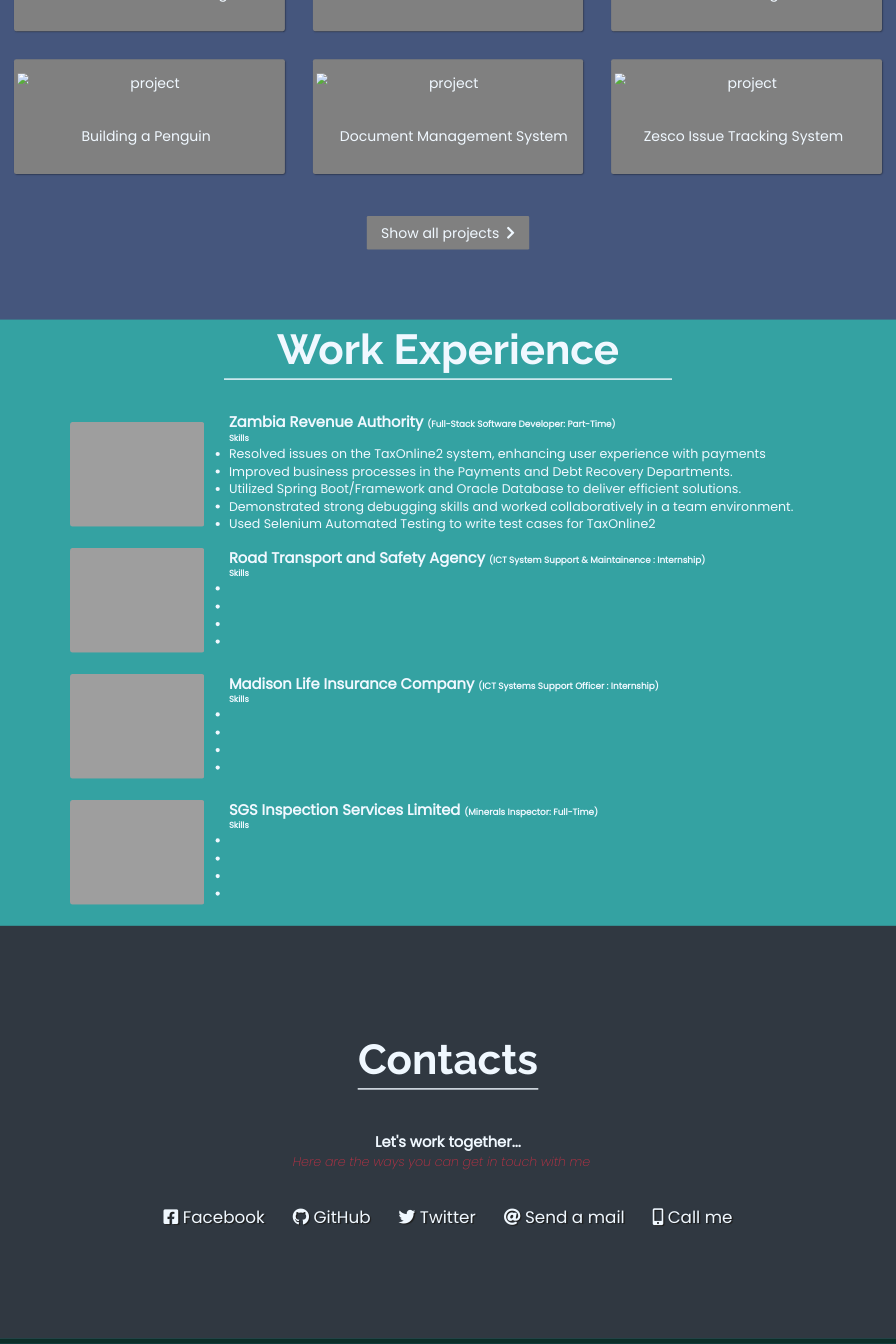
Repository: Lungdjos/personal_portifolio
Page: html/index.html
These files come from the project's save history. The page is drawn as it stood at one moment and after a run of saves; the edit follows.
The browser window is 1280 px wide. The pictures show the part of the page from y = 1141 to 3061 px (the page is 3144 px tall), at 70% of full size.
Pictures or frames that could not be fetched are drawn as grey boxes. Some web libraries are served in a nearby version.

Above is the page before, as saved 2024-02-04 02:24:42.

### html/index.html
<!DOCTYPE html>
<html lang="en">

<head>
    <meta charset="UTF-8">
    <meta name="viewport" content="width=device-width, initial-scale=1.0">
    <title>Personal Portifolio</title>
    <link rel="stylesheet" href="/css/styles.css">
    <link rel="stylesheet" href="https://use.fontawesome.com/releases/v5.8.2/css/all.css" integrity="sha384-oS3vJWv+0UjzBfQzYUhtDYW+Pj2yciDJxpsK1OYPAYjqT085Qq/1cq5FLXAZQ7Ay" crossorigin="anonymous">
    <link href="https://fonts.googleapis.com/css?family=Poppins:200i,300,400&amp;display=swap" rel="stylesheet">
    <link href="https://fonts.googleapis.com/css?family=Raleway:700&amp;display=swap" rel="stylesheet">
    <script src="edge-extension://ajdpfmkffanmkhejnopjppegokpogffp/assets/prompt.js"></script>
</head>

<body>
    <header class="header">
        <nav id="navbar">
            <ul class="nav-list">
                <li><a href="#welcome-section" class="nav-link"><i class=""></i>Home</a></li>
                <li>
                    <a href="#project-section" class="nav-link"> <i class=""></i>Projects</a>
                </li>
                <li>
                    <a href="#work-experience-section" class="nav-link"> <i class=""></i>Experience</a>
                </li>
                <li><a href="#contact-section" class="nav-link"><i class=""></i>Contacts</a></li>
            </ul>
        </nav>
    </header>
    <main class="m-3">
        <div id="spacer"></div>
        <section class="home" id="welcome-section">
            <div id="welcome-section">
                <h1 id="title">Hi there, I am Lungu</h1>
                <p id="sub-title"><span>a</span> <span>full-stack</span> <span>software</span> <span>developer</span></p>
            </div>
        </section>

        <div id="spacer"></div>
        <section class="project-section" id="project-section">
            <h1 id="project-heading" class="heading">Here are some Projects I have done</h1>

            <div class="project-grid">
                <a href="#" target="_blank" class="project project-title">
                    <img class="project-image" src="" alt="project">
                    <p class="project-title">
                        <span class="code">&lt;</span>Technical Document Page
                        <span class="code">/&gt;</span>
                    </p>
                </a>

                <a href="#" target="_blank" class="project project-title">
                    <img class="project-image" src="" alt="project">
                    <p class="project-title">
                        <span class="code">&lt;</span> Piano
                        <span class="code">/&gt;</span>
                    </p>
                </a>

                <a href="#" target="_blank" class="project project-title">
                    <img class="project-image" src="" alt="project">
                    <p class="project-title">
                        <span class="code">&lt;</span> Tribute Page
                        <span class="code">/&gt;</span>
                    </p>
                </a>

                <a href="#" target="_blank" class="project project-title">
                    <img class="project-image" src="" alt="project">
                    <p class="project-title">
                        <span class="code">&lt;</span> Building a Penguin
                        <span class="code">/&gt;</span>
                    </p>
                </a>

                <a href="#" target="_blank" class="project project-title">
                    <img class="project-image" src="" alt="project">
                    <p class="project-title">
                        <span class="code">&lt;</span> Document Management System
                        <span class="code">/&gt;</span>
                    </p>
                </a>

                <a href="#" target="_blank" class="project project-title">
                    <img class="project-image" src="" alt="project">
                    <p class="project-title">
                        <span class="code">&lt;</span> Zesco Issue Tracking System
                        <span class="code">/&gt;</span>
                    </p>
                </a>
            </div>

            <a href="#" class="btn btn-show-all" target="_blank">Show all projects<i class="fas fa-chevron-right"></i></a>
        </section>
        <div id="spacer"></div>
        <section class="work-exp-section" id="work-experience-section">
            <h1 class="heading work-exp-heading">Work Experience</h1>
            <div id="grid">
                <div id="icon"><img src="https://th.bing.com/th?id=OIP.rCZtK_dDgujHTn0u4EiHUwHaEX&w=325&h=191&c=8&rs=1&qlt=90&o=6&pid=3.1&rm=2" alt="icon"></div>
                <div class="experience">
                    <h3>Zambia Revenue Authority <small>(Full-Stack Software Developer: Part-Time)</small></h3>
                    <h6 class="skills">Skills</h6>
                    <p>
                        <ul>
                            <li>Resolved issues on the TaxOnline2 system, enhancing user experience with payments</li>
                            <li>Improved business processes in the Payments and Debt Recovery Departments.</li>
                            <li>Utilized Spring Boot/Framework and Oracle Database to deliver efficient solutions.</li>
                            <li>Demonstrated strong debugging skills and worked collaboratively in a team environment.</li>
                            <li>Used Selenium Automated Testing to write test cases for TaxOnline2</li>
                        </ul>
                    </p>
                </div>
            </div>

            <div id="grid">
                <div id="icon"><img src="https://th.bing.com/th?id=OIP.iDj6ErR_9QzKQiRz5T8xHQAAAA&w=158&h=159&c=8&rs=1&qlt=90&o=6&pid=3.1&rm=2" alt="icon"></div>
                <div class="experience">
                    <h3>Road Transport and Safety Agency <small>(ICT System Support & Maintainence : Internship)</small></h3>
                    <h6 class="skills">Skills</h6>
                    <p>
                        <ul>
                            <li></li>
                            <li></li>
                            <li></li>
                            <li></li>
                        </ul>
                    </p>
                </div>
            </div>

            <div id="grid">
                <div id="icon"><img src="https://th.bing.com/th?id=OIP.sgcljO8ZBHyturyXo14g8wAAAA&w=216&h=103&c=8&rs=1&qlt=90&o=6&pid=3.1&rm=2" alt="icon"></div>
                <div class="experience">
                    <h3>Madison Life Insurance Company <small>(ICT Systems Support Officer : Internship)</small></h3>
                    <h6 class="skills">Skills</h6>
                    <p>
                        <ul>
                            <li></li>
                            <li></li>
                            <li></li>
                            <li></li>
                        </ul>
                    </p>
                </div>
            </div>

            <div id="grid">
                <div id="icon"><img src="https://th.bing.com/th?id=OIP.TdyvCMy5NlyppvpqZwovrAHaE8&w=306&h=204&c=8&rs=1&qlt=90&o=6&pid=3.1&rm=2" alt="icon"></div>
                <div class="experience">
                    <h3>SGS Inspection Services Limited <small>(Minerals Inspector: Full-Time)</small></h3>
                    <h6 class="skills">Skills</h6>
                    <p>
                        <ul>
                            <li></li>
                            <li></li>
                            <li></li>
                            <li></li>
                        </ul>
                    </p>
                </div>
            </div>
        </section>
        <div id="spacer"></div>
        <section class="contact-section" id="contact-section">
            <h1 class="heading contacts-heading">Contacts</h1>
            <div class="contact-section-header">
                <h3>Let's work together...</h3>
                <p>Here are the ways you can get in touch with me <i class="fa-duotone fa-phone"></i></p>
            </div>
            <div id="contact-links">
                <a href="https://facebook.com/freecodecamp" target="_blank" class="btn contact-details"><i class="fab fa-facebook-square"></i> Facebook</a>
                <a id="profile-link" href="https://github.com/freecodecamp" target="_blank" class="btn contact-details"><i class="fab fa-github"></i> GitHub</a>
                <a href="https://twitter.com/freecodecamp" target="_blank" class="btn contact-details"><i class="fab fa-twitter"></i> Twitter</a>
                <a href="mailto:example@example.com" class="btn contact-details"><i class="fas fa-at"></i> Send a mail</a>
                <a href="tel:555-555-5555" class="btn contact-details"><i class="fas fa-mobile-alt"></i> Call me</a>
            </div>
        </section>
    </main>
    <footer>
        <ul>
            <li><a href="">Privacy</a></li>
            <li><a href="">Contacts</a></li>
            <li><a href="">About Us</a></li>
        </ul>
        <span>&REG;Radix Enterprise Ltd. &copy; 2024</span>
    </footer>
</body>

</html>

### css/styles.css
/** STYLING FOR THE PORTIFOLIO **/


/* the root selector */

:root {
    /* colors */
    --col-1: aliceblue;
    --col-2: grey;
    --col-3: orangered;
    --col-4: #be3144;
    --bc-1: #34a2a2;
    --bc-2: #0b2e28;
    --bc-3: #123b3b;
    --bc-4: #45567d;
    --bc-5: #303841;
    /* values */
}


/* general stylings */

html {
    font-size: 62.5%;
    box-sizing: border-box;
    scroll-behavior: smooth;
}

* {
    margin: 0;
    padding: 0;
}


/* box-sizing and font sizing */

*,
*::before,
*::after {
    box-sizing: inherit;
}


/* body styling */

body {
    font-family: 'Poppins', sans-serif;
    font-size: 1.8rem;
    font-weight: 400;
    line-height: 1.4;
    color: var(--col-1);
    background-color: var(--bc-1);
}


/* headings styling */

h1,
h2 {
    font-family: 'Raleway', sans-serif;
    font-weight: 600;
    text-align: center;
}

h1 {
    font-size: 6rem;
}

h2 {
    font-size: 4.2rem;
}


/* List and anchor styling */

ul {
    list-style: none;
}

a {
    color: var(--col-1);
    text-decoration: none;
}

img {
    display: block;
    width: 100%;
}


/** NAVIGATION BAR */


/* nav bar styling */

nav {
    font-weight: 600;
}

.header {
    display: flex;
    justify-content: flex-end;
    position: fixed;
    top: 0;
    left: 0;
    width: 100%;
    box-shadow: 0 2px 0 rgba(0, 0, 0, 0.4);
    z-index: 10;
    background-color: var(--bc-2);
}

nav>ul {
    display: flex;
    margin-right: 2rem;
    text-transform: uppercase;
}

.nav-list a {
    display: block;
    font-size: 2.2rem;
    padding: 2rem;
}

.nav-list a:hover {
    background: var(--bc-4);
}

.nav-list a:visited {
    border-bottom: .2rem solid #ff6347;
}


/* body styling */

#spacer {
    max-width: 1000px;
    width: 100%;
    margin: 0 auto;
}

main li {
    list-style-type: disc;
}


/** HOME PAGE */


/* Styling or the Home Page */

.home {
    width: 100%;
    height: 100vh;
    display: flex;
    flex-direction: column;
    justify-content: center;
    align-items: center;
    background: inherit;
    background-image: linear-gradient(62deg, #3a3d40 0%, #181719 100%);
}

#welcome-section>p {
    font-size: 3rem;
    font-weight: 200;
    font-style: italic;
    color: #d0a;
}

#title {
    transform-origin: center;
    animation: rotateAndChangeColor 14s infinite ease-in-out;
}

#sub-title {
    text-indent: 10px;
}

#sub-title span {
    display: inline-block;
    animation: fallAnimation 4s infinite ease-in-out forwards;
}


/** PROJECTS */


/* styling for projects */

.project-section {
    text-align: center;
    padding: 10rem 2rem;
    background: var(--bc-4);
}

.heading {
    max-width: 640px;
    margin: 0 auto 6rem auto;
    border-bottom: .2rem solid var(--col-1);
}


/* grids */

.project-grid {
    display: grid;
    grid-template-columns: repeat(auto-fit, minmax(360px, 1fr));
    grid-gap: 4rem;
    width: 100%;
    max-width: 1280px;
    margin: 0 auto;
    margin-bottom: 6rem;
}


/* individual projects */

.project {
    background: var(--col-2);
    box-shadow: 1px 1px 2px rgba(0, 0, 0, 0.4);
    border-radius: 3px;
}

.code {
    color: var(--col-2);
    transition: color 0.3s ease-out;
}

.project:hover .code {
    color: var(--col-3);
}

.project-image {
    height: calc(100% - 6.8rem);
    width: 100%;
    object-fit: cover;
}

.project-title {
    font-size: 2rem;
    padding: 2rem 0.5rem;
}

.btn {
    display: inline-block;
    padding: 1rem 2rem;
    border-radius: 2px;
}

.btn-show-all {
    font-size: 2rem;
    background: var(--col-2);
    transition: background 0.3s ease-out;
}

.btn-show-all:hover {
    background: var(--col-3);
}

.btn-show-all:hover>i {
    transform: translateX(2px);
}

.btn-show-all>i {
    margin-left: 10px;
    transform: translateX(0);
    transition: transform 0.3s ease-out;
}


/** WORK EXPERIENCE */

#work-experience-section {
    justify-content: center;
}

.work-exp-section small {
    font-size: 60%;
}

#work-experience-section #icon {
    display: flex;
    flex-direction: column;
    justify-content: center;
    align-items: center;
}

#work-experience-section img {
    border-radius: 3%;
    height: 150px;
    width: 15vw;
    margin-right: 2rem;
}

#work-experience-section .experience {
    display: flex;
    flex-direction: column;
    justify-content: center;
    height: 125px;
    width: 80vw;
    padding: 5px;
    margin: 1rem;
}

#grid {
    display: flex;
    margin: 3rem;
    margin-left: 10rem;
}

.experience {
    text-align: justify;
}

.experience ul {}

.skills {
    color: var(--col-1);
}


/** CONTACTS */

#contact-section {
    display: flex;
    flex-direction: column;
    justify-content: center;
    align-items: center;
    text-align: center;
    padding: 0 3rem;
    width: 100%;
    height: 82vh;
    background: var(--bc-5);
}

.contact-section-header>h2 {
    font-size: 6rem;
}

.contact-section-header>p {
    font-style: italic;
    color: var(--col-4);
}

#contact-links {
    display: flex;
    justify-content: center;
    width: 100%;
    max-width: 980px;
    margin-top: 4rem;
    flex-wrap: wrap;
}

.contact-details {
    font-size: 2.4rem;
    text-shadow: 2px 2px 1px #1f1f1f;
    transition: transform 0.3s ease-out;
}

.contact-details:hover {
    transform: translateY(10px);
    color: var(--col-4);
}


/** FOOTER */


/* footer styling */

footer {
    font-weight: 300;
    padding: 2rem;
    background-color: var(--bc-3);
    border-top: 6px solid var(--bc-2);
}

footer>ul {
    display: flex;
    justify-content: flex-end;
}

footer>ul>li {
    padding: 0 12px;
}

footer>span {
    display: flex;
    justify-content: flex-end;
    margin-top: 6px;
    font-size: .9rem;
    font-weight: bold;
}


/** ANIMATIONS AND EFFECTS */


/* Welcome Page Animations */

@keyframes rotateAndChangeColor {
    0% {
        transform: rotateY(0deg);
        color: #333;
    }
    30% {
        transform: rotateY(360deg);
        color: #2e604a;
    }
    60% {
        transform: rotate(0deg);
        color: #45567d;
    }
    90% {
        transform: rotate(360deg);
        color: #ff6347;
    }
}

@keyframes fallAnimation {
    0% {
        transform: translateY(-60px);
        opacity: 0;
    }
    50% {
        transform: translateY(-60px);
        opacity: 0.4;
    }
    100% {
        transform: translateY(0);
        opacity: 1;
    }
}


/** STYLING FOR SMALL DEVICES */


/* 1200px / 16px = 75em */

@media (max-width: 75em) {
    html {
        font-size: 60%;
    }
}


/* 980px / 16px = 61.25em */

@media (max-width: 61.25em) {
    html {
        font-size: 58%;
    }
}


/* 460px / 16px = 28.75em */

@media (max-width: 28.75em) {
    html {
        font-size: 55%;
    }
}


/** NAV-BAR */


/* nav bar media queries */

@media (max-width: 28.75em) {
    #navbar {
        justify-content: center;
    }
    .nav-list {
        margin: 0 1rem;
    }
}


/** PROJECTS */


/* projects media query */

@media (max-width: 28.75em) {
    #project-heading {
        font-size: 4rem;
    }
}

@media (max-width: 30.625em) {
    .project-section {
        padding: 6rem 1rem;
    }
    .project-grid {
        grid-template-columns: 1fr;
    }
}


/** WORK EXPERIENCE */

@media (max-width: 550px) {
    #work-experience-section #icon {
        display: none;
    }
}

@media (max-width: 550px) {
    #work-experience-section .experience {
        width: 100%;
        text-align: center;
        padding: 0;
        height: 150px;
    }
}

@media (max-width: 650px) {
    #work-experience-section {
        margin-top: 0;
    }
}


/** CONTACTS */

@media (max-width: 28.75em) {
    .contact-section-header>h2 {
        font-size: 4rem;
    }
}


/** FOOTER */


/* footer */

@media (max-width: 28.75em) {
    footer {
        flex-direction: column;
        text-align: center;
    }
}

After the next 3 saves:
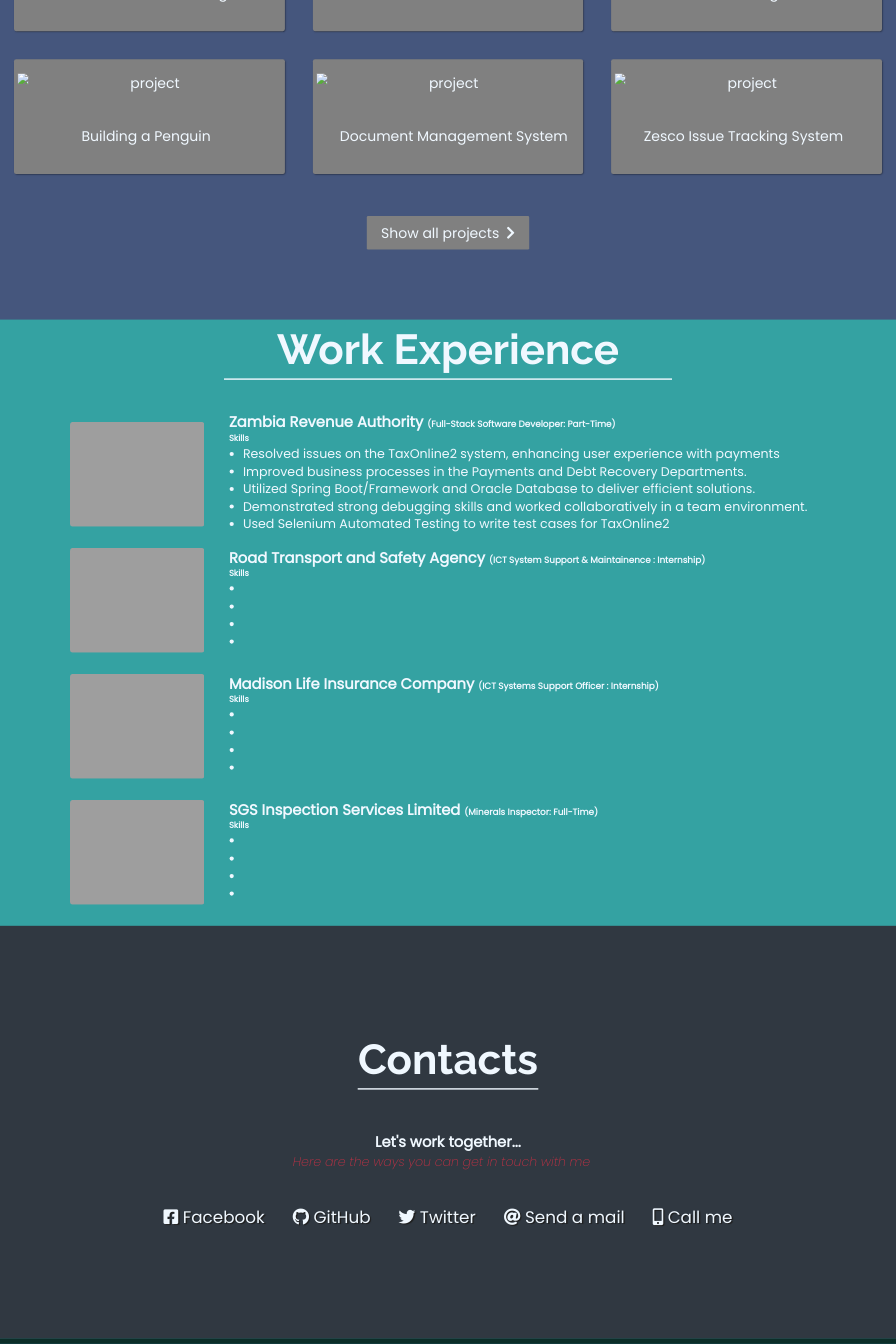
The 3 saves are shown as one change because they came seconds apart.
The last was saved 12 s later.
--- a/css/styles.css
+++ b/css/styles.css
@@ -311,7 +311,9 @@ main li {
     text-align: justify;
 }
 
-.experience ul {}
+.experience ul {
+    padding-left: 2rem;
+}
 
 .skills {
     color: var(--col-1);
